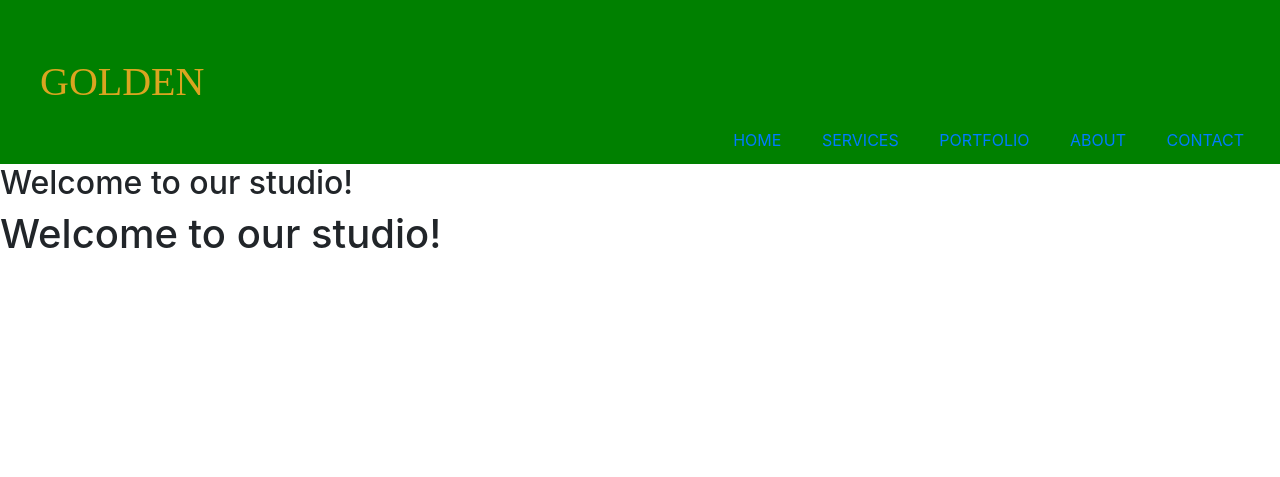
Repository: arek-adamik/golden-webpage
Page: index.html
An editor plug-in stored every save of this project. The page is shown before and after a run of saves, followed by the edit.
The browser window is 1280 px wide. The pictures show the whole page.
Some web fonts or font styles are not loaded; a fallback is used. Some web libraries are served in a nearby version. The style sheet was rebuilt from its Sass, Less or Tailwind sources for each picture, by a compiler version that may differ from the author's.

Above is the page before, as saved 2021-05-04 13:37:56.

After the next 3 saves:
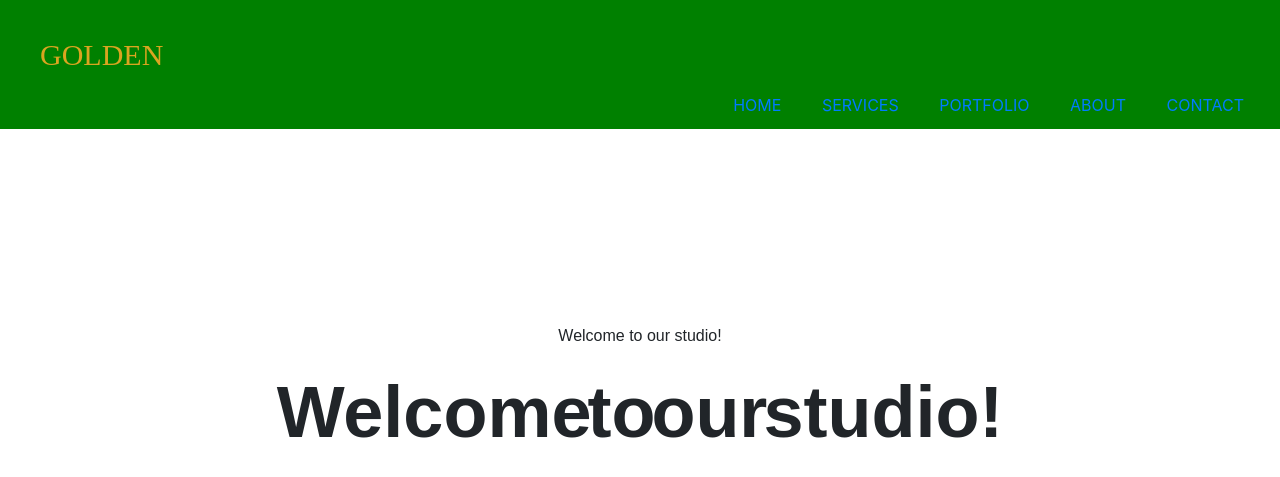
The 3 saves are shown as one change because 2 did not build or start.
The last was saved 7 min 39 s later.
--- a/sass/style.scss
+++ b/sass/style.scss
@@ -1,6 +1,23 @@
+/* Variabbles */
 $font-header: 'Krona One', sans-serif;
 $font-logo: 'Molle', cursive;
 $font-text: 'Tinos', serif;
+/* Global */
+body {
+    margin: 0;
+    font-size: 16px;
+    line-height: 1.7;
+    font-family: $font-text;
+}
+.container {
+    max-width: 1140px;
+    padding: 0 20px 0 20px;
+    display: flex;
+	justify-content: center;
+	align-items: center;
+	margin: auto;
+}
+/* Navigation */
 .navigation {
     background-color: green;
     padding: 12px 0 12px 0;
@@ -14,11 +31,11 @@ $font-text: 'Tinos', serif;
         }
         .logo {
             text-align: left;
-            padding-top: 40px;
+            padding-top: 20px;
             margin-left: 40px;
             font-family: $font-logo;
             color: goldenrod;
-            font-size: 40px;
+            font-size: 30px;
         }
         li {
             display: inline-block;
@@ -36,3 +53,28 @@ $font-text: 'Tinos', serif;
         .menu {
             display: none;
         }
+/* Splash */
+.splash {
+    min-height: 500px;
+    display: flex;
+        .page-title {
+            margin: 0;
+            font-size: 72px;
+            word-spacing: -24px;
+            font-weight: 700;
+            line-height: 1.2;
+            font-family: $font-header;
+            text-align: center;
+        }
+        .page-subtitle {
+            margin: 24px 0;
+            font-weight: 400;
+            font-size: 16px;
+            font-family: $font-header;
+            text-align: center;
+        }
+}
+.splash-inner {
+    margin: auto;
+    max-width: 70%;
+}
